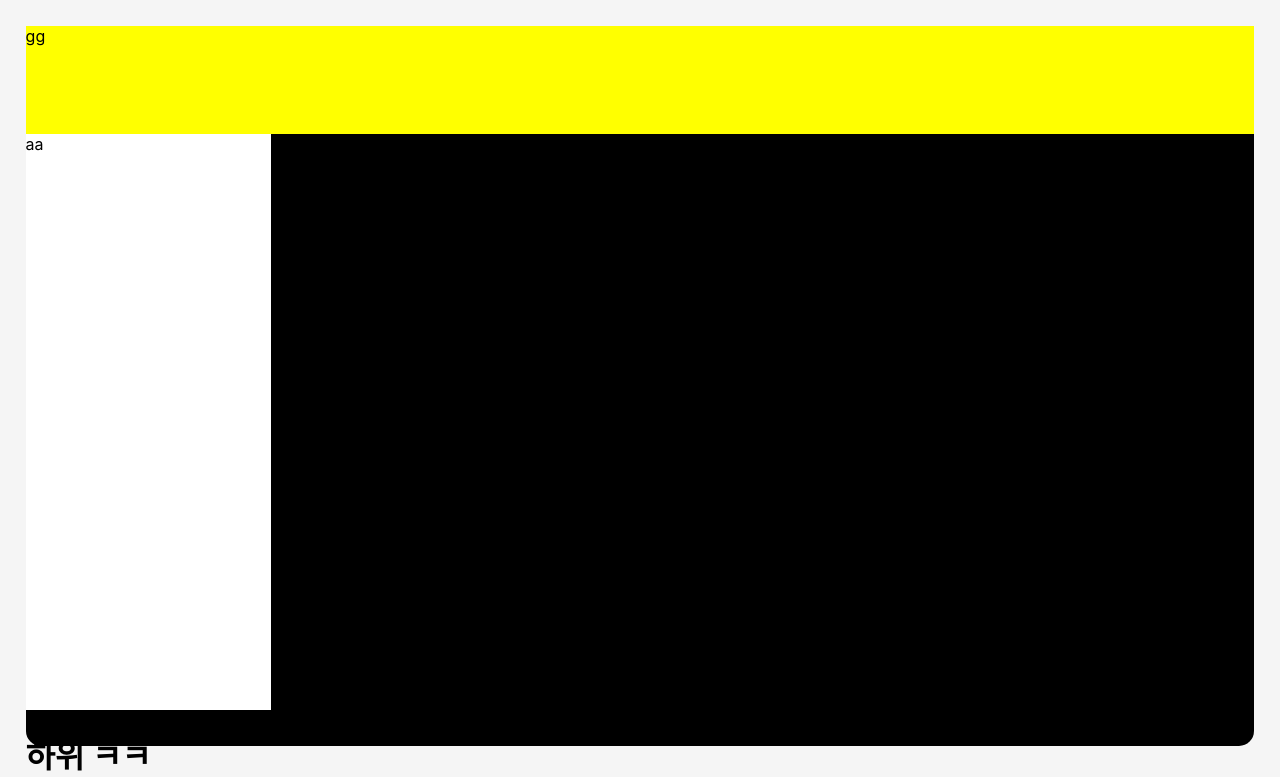
Repository: yangddoddi/community_react
Page: /
These files come from the project's save history. The page is drawn as it stood at one moment and after the next save; the edit follows.
The browser window is 1280 px wide. The pictures show the whole page.
The page's requests for data from a server got no answer. The project was rebuilt for these pictures with package versions that can differ from the ones it lists, and the page was loaded fresh each time. No one was signed in, and anything a server would have sent is missing.

Above is the page before, as saved 2022-08-16 23:50:44.

After the next save:
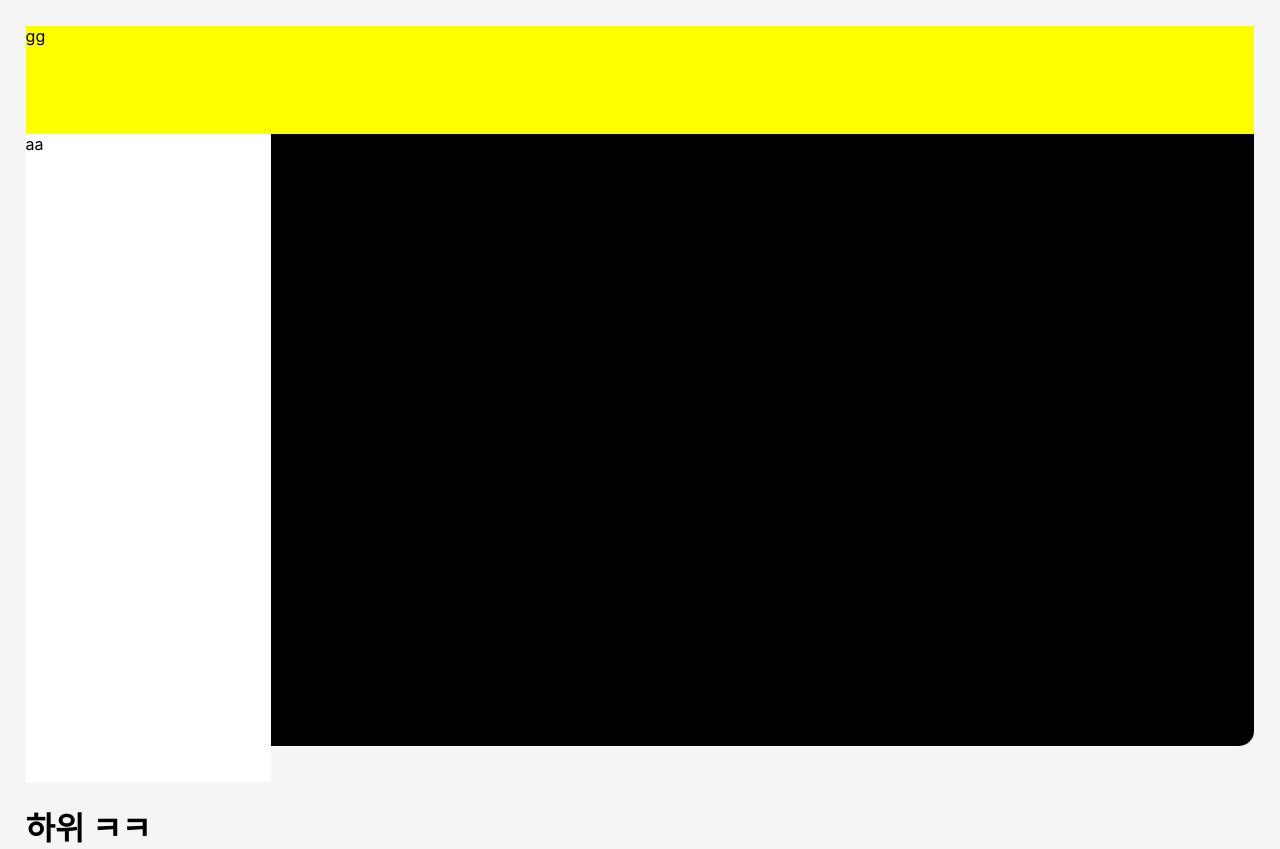
Saved 9 s later.
--- a/src/components/sidebar.module.scss
+++ b/src/components/sidebar.module.scss
@@ -1,6 +1,6 @@
 
 .sidebar {
     background-color: white;
-    height: 80%;
+    height: 90%;
     width: 20%;
 }
